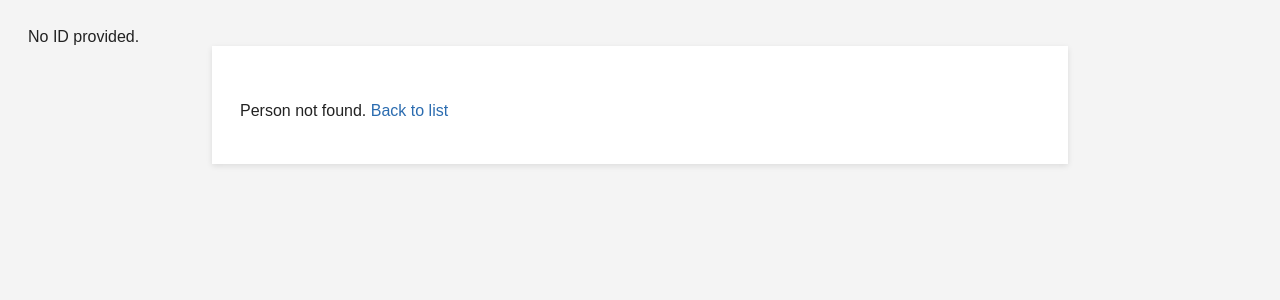
Repository: Arisha004/CV-generator
Page: http://localhost/cv.php
The author's editor kept a copy of each file at every save. The page is drawn from the files as they stood at one save, then again after the next save.
The browser window is 1280 px wide. The pictures show the whole page.
The page is run by PHP 8.4 with error messages shown; the project is at /var/www/html/. Queries for data that is not in the repository find no rows.

Above is the page before, as saved 2025-10-19 14:22:38.

### cv.php

<?php
include 'db.php';
if(isset($_POST['id'])){
    $id = $_POST['id'];
}
if(isset($_GET['id'])){
    $id = $_GET['id'];
}
else{
    echo "No ID provided.";
}

$sql="select * from person where id=?";
$stmt = $conn->prepare("SELECT * FROM person WHERE id = ?");
$stmt->bind_param("i", $id);
$stmt->execute();
$result = $stmt->get_result();
$row = $result->fetch_assoc();
?>
<!DOCTYPE html>
<html lang="en">
<head>
  <meta charset="utf-8" />
  <meta name="viewport" content="width=device-width,initial-scale=1" />
  <title>CV - <?php echo $row ? htmlspecialchars($row['name']) : 'Not found'; ?></title>
  <style>
    /* simple CV styling */
    body { font-family: Arial, Helvetica, sans-serif; color:#222; padding:20px; background:#f4f4f4; }
    .cv { max-width:800px; margin:0 auto; background:#fff; padding:28px; box-shadow:0 2px 6px rgba(0,0,0,.1); }
    .header { display:flex; justify-content:space-between; align-items:center; border-bottom:2px solid #eee; padding-bottom:12px; margin-bottom:16px; }
    .name { font-size:28px; font-weight:700; }
    .contact { text-align:right; font-size:14px; color:#666; }
    .content { display:flex; gap:24px; }
    .left { width:35%; }
    .right { width:65%; }
    .section { margin-bottom:14px; }
    .section h3 { margin:0 0 8px 0; font-size:16px; color:#333; border-left:3px solid #2b6cb0; padding-left:8px; }
    .profile { font-size:14px; color:#333; line-height:1.5; }
    .item { margin-bottom:10px; }
    .skills span { display:inline-block; background:#eef6ff; color:#0b63a5; padding:6px 8px; margin:4px 6px 0 0; border-radius:4px; font-size:13px; }
    .edu, .exp { font-size:14px; color:#333; }
    .back-link { display:inline-block; margin-top:12px; color:#2b6cb0; text-decoration:none; }
    @media print { .back-link, .btn { display:none; } body{background:#fff;} }
  </style>
</head>
<body>
  <div class="cv">
    <?php if(!$row): ?>
      <p>Person not found. <a href="list.php" class="back-link">Back to list</a></p>
    <?php else: ?>
      <div class="header">
        <div class="name"><?php echo htmlspecialchars($row['name']); ?></div>
        <div class="contact">
          <div><?php echo htmlspecialchars($row['email']); ?></div>
          <div><?php echo htmlspecialchars($row['phone']); ?></div>
          <div><?php echo htmlspecialchars($row['address']); ?></div>
        </div>
      </div>

      <div class="content">
        <div class="left">
          <div class="section profile">
            <h3>Profile</h3>
            <div><?php echo nl2br(htmlspecialchars($row['summary'] ?? $row['education'] ?? '')); ?></div>
          </div>

          <div class="section skills">
            <h3>Skills</h3>
            <?php
              $skills = array_filter(array_map('trim', explode(',', $row['skills'] ?? '')));
              foreach($skills as $s){
                echo '<span>'.htmlspecialchars($s).'</span>';
              }
            ?>
          </div>

          <div class="section">
            <h3>Education</h3>
            <div class="edu"><?php echo nl2br(htmlspecialchars($row['education'])); ?></div>
          </div>
        </div>

        <div class="right">
          <div class="section">
            <h3>Experience</h3>
            <div class="exp"><?php echo nl2br(htmlspecialchars($row['experience'])); ?></div>
          </div>
        </div>
      </div>

      <a href="list.php" class="back-link">← Back to list</a>
      <button onclick="window.print()" class="btn" style="float:right;padding:8px 12px;margin-top:8px;">Print / Save PDF</button>
    <?php endif; ?>
  </div>
</body>
</html>

### db.php
<?php
$servername = "localhost";
$username = "root";
$password = "";
$dbname = "cv";
$conn= new mysqli($servername, $username, $password, $dbname);
if($conn->connect_error){
    die("". $conn->connect_error);
}

?>

After the next save:
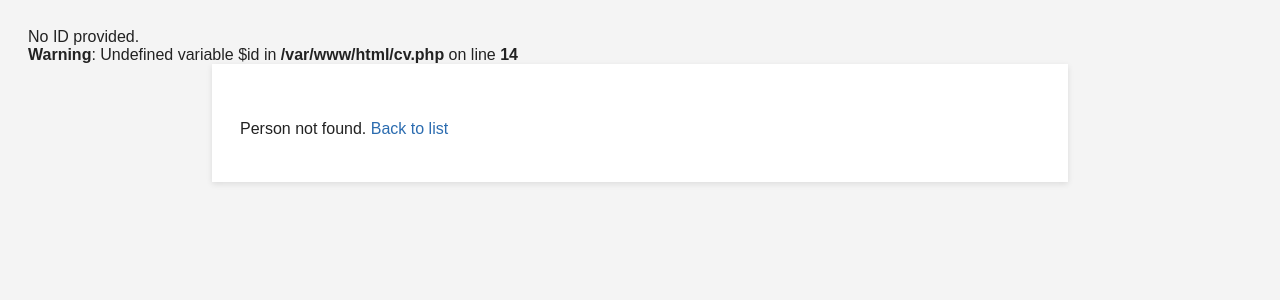
Saved 6 s later.
--- a/cv.php
+++ b/cv.php
@@ -11,7 +11,7 @@ else{
     echo "No ID provided.";
 }
 
-$sql="select * from person where id=?";
+$sql="select * from person where id= $id";
 $stmt = $conn->prepare("SELECT * FROM person WHERE id = ?");
 $stmt->bind_param("i", $id);
 $stmt->execute();
